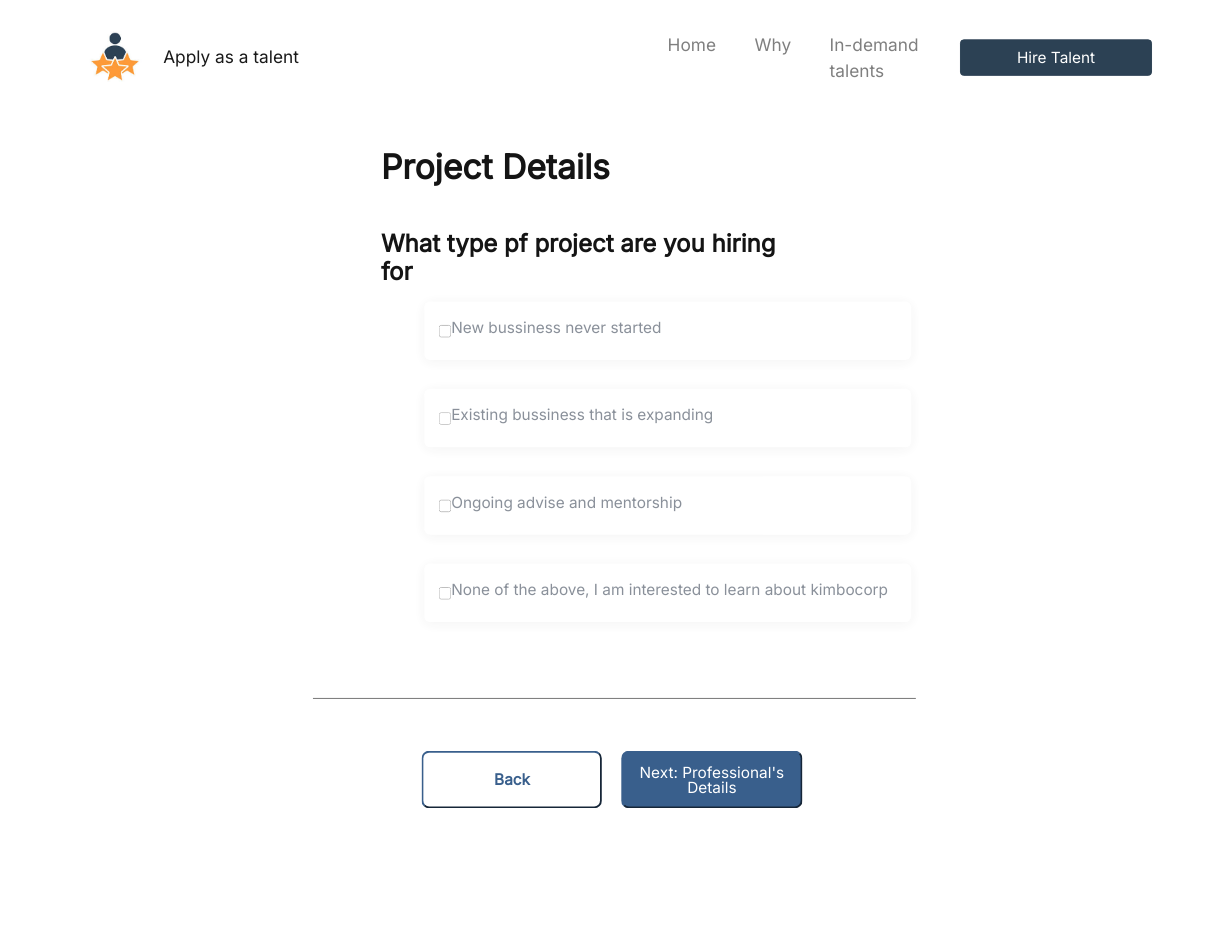
Repository: Ashwe9/talent-hire-reactJs
Page: /projectdetails
An editor plug-in stored every save of this project. The page is shown before and after the next save, followed by the edit.
The browser window is 1280 px wide. The pictures show the whole page, at 96% of full size.
The project was rebuilt for these pictures with package versions that can differ from the ones it lists, and the page was loaded fresh each time. Also part of the build but not shown: src/homePage/components/TrustedBy/TrustedBy.css, src/homePage/components/TrustedBy/TrustedBy.js, src/homePage/components/Roles/Roles.css, src/homePage/components/Roles/Roles.js, src/homePage/components/homePageFooter/HomePageFooter.css, src/homePage/components/homePageFooter/HomePageFooter.js, src/homePage/HomePage.js, src/kpisPage/Header.js and 11 more.

Above is the page before, as saved 2022-08-22 17:15:19.

### public/index.html
<!DOCTYPE html>
<html lang="en">
  <head>
    <meta charset="utf-8" />
    <link rel="icon" href="%PUBLIC_URL%/favicon.ico" />
    <meta name="viewport" content="width=device-width, initial-scale=1" />
    <meta name="theme-color" content="#000000" />
    <meta
      name="description"
      content="Web site created using create-react-app"
    />
    <link rel="manifest" href="%PUBLIC_URL%/manifest.json" />
    <link rel="stylesheet" href="https://stackpath.bootstrapcdn.com/bootstrap/4.4.1/css/bootstrap.min.css" integrity="sha384-Vkoo8x4CGsO3+Hhxv8T/Q5PaXtkKtu6ug5TOeNV6gBiFeWPGFN9MuhOf23Q9Ifjh" crossorigin="anonymous">
    <link href='https://fonts.googleapis.com/css?family=Inter' rel='stylesheet'>

    <title>App</title>
  </head>
  <body>
    <noscript>You need to enable JavaScript to run this app.</noscript>
    <div id="root"></div>
    <script src="https://code.jquery.com/jquery-3.4.1.slim.min.js" integrity="sha384-J6qa4849blE2+poT4WnyKhv5vZF5SrPo0iEjwBvKU7imGFAV0wwj1yYfoRSJoZ+n" crossorigin="anonymous"></script>
    <script src="https://cdn.jsdelivr.net/npm/popper.js@1.16.0/dist/umd/popper.min.js" integrity="sha384-Q6E9RHvbIyZFJoft+2mJbHaEWldlvI9IOYy5n3zV9zzTtmI3UksdQRVvoxMfooAo" crossorigin="anonymous"></script>
    <script src="https://stackpath.bootstrapcdn.com/bootstrap/4.4.1/js/bootstrap.min.js" integrity="sha384-wfSDF2E50Y2D1uUdj0O3uMBJnjuUD4Ih7YwaYd1iqfktj0Uod8GCExl3Og8ifwB6" crossorigin="anonymous"></script>  </body>
</html>

### src/App.js
import React from 'react'
import { BrowserRouter as Router, Route, Routes, Navigate } from 'react-router-dom';
import { HomePage } from './homePage/HomePage';
import KPISPage from './kpisPage/KPISPage';
import ProjectDetails from './projectDetails/ProjectDetails';
import ProfessionalDetails from './professionalDetails/ProfessionalDetails';
import Skills from './skills/Skills';

function App() {
  return (
    <Router>
      <Routes>
        <Route exact path="*" element={<Navigate to="/" replace />}/>
        <Route exact path="/" element={<HomePage />} />
        <Route exact path="/kpis" element={<KPISPage />} />
        <Route exact path="/projectdetails" element={<ProjectDetails />} />
        <Route exact path="/professionaldetails" element={<ProfessionalDetails />} />
        <Route exact path="/skills" element={<Skills />} />

      </Routes>
    </Router>
  );
}

export default App;

### src/projectDetails/ProjectDetails.js

import React from 'react'
import { Footer } from '../shared-components/Footer/Footer'
import { Navbar } from '../shared-components/Navbar/Navbar'
import Details from './Details'
import Header from './Header'

const ProjectDetails = () => {
  return (
    <div>
      <Navbar />
      <Header />
      <Details />
      <Footer nextTitle="Next: Professional's Details" nextPath="/professionaldetails" previousPath="/kpis"/>
    </div>
  )
}

export default ProjectDetails

### src/shared-components/Navbar/Navbar.js
import React from 'react'
import './Navbar.css'
import { Navigate, useNavigate } from 'react-router-dom'

export const Navbar = () => {
  let navigate = useNavigate();

  return (
    <nav className="navbar navbar-expand-lg navbar-light">
      <img src= {require('../../assets/icon.png')} className="icon"/>
      <a className="navbar-brand title" href="#">Apply as a talent</a>
      <button className="navbar-toggler" type="button" data-toggle="collapse" data-target="#navbarText" aria-controls="navbarText" aria-expanded="false" aria-label="Toggle navigation">
        <span className="navbar-toggler-icon"></span>
      </button>
      <div className="collapse navbar-collapse" id="navbarText">
        <ul className="navbar-nav mr-auto">
          <li className="nav-item">
            <a className="nav-link" href="" onClick={() => {
                navigate('/', { replace: true });
              } }>Home</a>
          </li>

          <li className="nav-item">
            <a className="nav-link" href="#">Why</a>
          </li>
          <li className="nav-item">
            <a className="nav-link" href="#">In-demand talents</a>
          </li>
        </ul>
        <span className="navbar-text">
          <button className='btn btn-dark navbar-btn'>Hire Talent</button>
        </span>
      </div>
    </nav>
  )
}

### src/shared-components/Footer/Footer.js
import React from 'react'
import './Footer.css'
import { useNavigate  } from 'react-router-dom'


export  const Footer = ({nextTitle, nextPath, previousPath}) => {

  let navigate = useNavigate();

  const goNext = () => {
    let path =  nextPath;
    navigate(path);
  };
  const goBack = () => {
    let path =  previousPath;
    navigate(path);
  };

  return (
      <footer>
        <div className='Footer-box'>
            <hr id="footer-line"/>
            <div className='buttons'>
              <button className='Footer-button-back'
              onClick={goBack}
                >Back</button>

              <button className='Footer-button-next'
              onClick={goNext}
                >{nextTitle}</button>
        </div>
        </div>
      </footer>
    )
  }

### src/projectDetails/Details.js
import React from 'react'
import './Details.css'

 import { useState } from 'react'

const Details = () => {

  const [checked_1, setChecked_1] = useState(false)
  const [checked_2, setChecked_2] = useState(false)
  const [checked_3, setChecked_3] = useState(false)
  const [checked_4, setChecked_4] = useState(false)
  const [checked_5, setChecked_5] = useState(false)
  const handle_1 = () =>{
    setChecked_1(!checked_1)
  }
  const handle_2 = () =>{
    setChecked_2(!checked_2)
  }
  const handle_3 = () =>{
    setChecked_3(!checked_3)
  }
  const handle_4 = () =>{
    setChecked_4(!checked_4)
  }
  const handle_5 = () =>{
    setChecked_5(!checked_5)
  }

  return (
      <div className='details-box'>
        <form className='check-form'>
            <div className={` ${checked_1 ? "detail-item-active" : "detail-item"}`}>
              <input type="checkbox" id="detail_1" name="detail_1" className='detail-check' onClick={handle_1}/>
              <label className={`${checked_1 ? "detail-item-paragraph-active" : "detail-item-paragraph"}`}>New bussiness never started</label>
            </div>
            <div className={` ${checked_2 ? "detail-item-active" : "detail-item"}`}>
              <input type="checkbox" id="detail_2" name="detail_2"  className='detail-check' onClick={handle_2}/>
              <label className={`${checked_2 ? "detail-item-paragraph-active" : "detail-item-paragraph"}`}>Existing bussiness that is expanding</label>
            </div>
            <div className={` ${checked_3 ? "detail-item-active" : "detail-item"}`}>
              <input type="checkbox" id="detail_3" name="detail_3" className='detail-check' onClick={handle_3}/>
              <label className={`${checked_3 ? "detail-item-paragraph-active" : "detail-item-paragraph"}`}>Ongoing advise and mentorship</label>
            </div>
            <div className={` ${checked_4 ? "detail-item-active" : "detail-item"}`}>
              <input type="checkbox" id="detail_4" name="detail_4" className='detail-check' onClick={handle_4}/>
              <label className={`${checked_4 ? "detail-item-paragraph-active" : "detail-item-paragraph"}`}>None of the above, I am interested to learn about kimbocorp</label>
            </div>
        </form>
      </div>

    )
}

export default Details

### src/projectDetails/Header.js
import React from 'react'
import './Header.css'


const Header = () => {
  return (
    <div className='headers-box'>
        <p className='header'>
            Project Details
        </p>
        <p className='header-by-title'>
            What type pf project are you hiring for
        </p>

    </div>
  )
}

export default Header

### src/shared-components/Navbar/Navbar.css
.icon{
    width: 80px;
}

.title{
    font-family: "Inter";
    font-style: normal;
    font-weight: 500;
    font-size: 18px;
    line-height: 28px;
    align-items: center;
    color: #444444;
    padding-left: 10px;
}

#navbarText{
    margin-left: 30%;
}
.navbar-items{
    margin: 0 35%;

}

.nav-item{
    font-family: "Inter";
    font-style: normal;
    font-weight: 500;
    font-size: 18px;
    align-items: center;
    color: #444444;
    padding-left: 24px;
}

.navbar-btn{
    font-family: "Inter";
    font-style: bold;
    background: #2c4154;
    /* padding: 5px 50px; */
    border-color: #2c4154;
    width: 200px;
}

.navbar{
    margin: 10px 5%;
}

@media only screen and (max-width: 600px) {
    body {
      background-color: lightblue;
    }
  }

### src/kpisPage/Header.css
.header-box{
    margin: 30px 30%;
    padding: 3%;
    padding-bottom: 0%;
    align-items: center;
    width: 35%;
}

.header-by-title{
    font-family: "Inter";
    font-style: bolder;
    font-weight: 700;
    font-size: 25px;
    line-height: 30px;
    align-items: center;
    color: #141414;
}


@media only screen and (max-width: 700px) {

    .header-by-title{
        font-size: 16px;
    }

    .header-box{
        margin-left: 40px;
        width: 100%;
    }
  }
@media only screen and (max-width: 450px) {
    .header-by-title{
        font-size: 13px;
    }
    .header-box{
        margin-left: 70px;
        width: 100%;
    }
}

### src/shared-components/Footer/Footer.css
#footer-line{
    background-color: gray;
    width: 50%;
}

.Footer-box{
    margin-top: 50px;
    padding: 1%;
}

.buttons{
    display: flex;
}

.Footer-button-back{
    margin-top: 3%;
    /* margin-left: 30%; */
    font-family: "Inter";
    font-style: bolder;
    font-weight: 700;
    padding: 1% 1%;
    background-color: white;
    border-color: #395f8c;
    color: #395f8c;
    height: 60px;
    width: 15%;
    border-radius: 0.5rem;
    margin-left: 34%;
    margin-bottom: 10%;
}
.Footer-button-next{
    margin-top: 3%;
    /* margin-left: 30%; */
    font-family: "Inter";
    font-style: bold;
    font-weight: 500;
    background: #395f8c;
    border-color: #395f8c;
    padding: 1% 1%;
    height: 60px;
    width: 15%;
    border-radius: 0.5rem;
    margin-bottom: 10%;
    margin-left: 20px;
    color: white;
    line-height: 1;
}

@media only screen and (max-width: 700px) {
    #footer-line{
        background-color: gray;
        width: 80%;
    }
    .Footer-button-next{
        padding: 2% ;
        height: 10%;
        width: fit-content;
        margin-left: 5%;
        font-size: 12px;
    }
    .Footer-button-back{
        padding: 2% ;
        height: 10%;
        width: 20%;
        margin-left: 20%;
        font-size: 12px;
    }
}

### src/projectDetails/Details.css
.details-box{
    padding: 0px 10%;
    margin-left: 300px;
}

.detail-item-active{
    background: #FFFFFF;
    border: 2px solid #4fac8d;
    box-sizing: border-box;
    box-shadow: 0px 4px 14px 1px rgba(0, 0, 0, 0.04);
    border-radius: 6px;
    display: flex;
    padding: 2%;
    margin: 2%;
    width: 70%;
}

.detail-item{
    opacity: 0.8;
    background: #FFFFFF;
    box-sizing: border-box;
    box-shadow: 0px 2px 14px 1px rgba(0, 0, 0, 0.06);
    border-radius: 6px;
    display: flex;
    padding: 2%;
    margin: 2%;
    width: 70%;
    margin-bottom: 30px;
}

/*.detail-check{
    margin-right: 3%;
    width: 25px;
    height: 25px;
    align-self: center;
    background-color: #4fac8d;
}*/
.detail-check:checked {
    background-color: #388561;
  }

.detail-check:checked:before {
    content:"\2713";
    color: white;
    padding: 25%;
    font-weight: bold;
    -webkit-appearance: none;
    -moz-appearance: none;
    appearance:none;
    margin-right: 3%;
    /* Styling checkbox */
    width: 25px;
    height: 25px;
    background-color: rgba(128, 128, 128, 0.611);
    border-radius: 5px;
 }

.detail-item-paragraph-active{
    font-family: "Inter";
    font-style: normal;
    font-weight: normal;
    font-size: 16px;
    display: flex;
    align-items: center;
    color: #4fac8d;
}

.detail-item-paragraph{
    font-family: "Inter";
    font-style: normal;
    font-weight: normal;
    font-size: 16px;
    display: flex;
    align-items: center;
    opacity: 0.8;
    color: #495362;
}


@media only screen and (max-width: 700px) {
    h2{
        font-size: 20px;
    }
    .detail-item-paragraph-active{
        font-size: 10px;
    }

    .detail-item-paragraph{
        font-size: 10px;
    }
    .details-question{
        font-size: 14px;
    }

  }
@media only screen and (max-width: 450px) {
    h2{
        font-size: 14px;
    }
    .detail-item-paragraph-active{
        font-size: 8px;
    }

    .detail-item-paragraph{
        font-size: 8px;
    }
    .details-question{
        font-size: 10px;
    }
}

input[type="checkbox"] { /* change "blue" browser chrome to yellow */
    filter: invert(20%) hue-rotate(15deg) brightness(1.4);
  }

### src/projectDetails/Header.css
.headers-box{
    padding: 3%;
    padding-bottom: 0%;
    align-items: center;
    width: 40%;
    margin-left: 28%;
}

.header{
    font-family: "Inter";
    font-style: bolder;
    font-weight: 800;
    font-size: 35px;
    line-height: 30px;
    align-items: center;
    color: #141414;
    margin-bottom: 50px;
}

.header-by-title{
    font-family: "Inter";
    font-style: bolder;
    font-weight: 700;
    font-size: 25px;
    line-height: 30px;
    align-items: center;
    color: #141414;
}


@media only screen and (max-width: 700px) {

    .header-by-title{
        font-size: 16px;
    }

    .header-box{
        margin-left: 40px;
        width: 100%;
    }
  }
@media only screen and (max-width: 450px) {
    .header-by-title{
        font-size: 13px;
    }
    .header-box{
        margin-left: 70px;
        width: 100%;
    }
}

### src/kpisPage/Talents.css
.talents-box{
    margin-left: 515px;
}

.talent-item-active{
    background: #FFFFFF;
    border: 1px solid #395F8C;
    box-sizing: border-box;
    box-shadow: 0px 4px 14px 1px rgba(0, 0, 0, 0.04);
    border-radius: 6px;
    display: flex;
    padding: 10px;
    padding-right: 32px;
    width: fit-content;
    margin-right: 10px;
}

#icons{
    color: #395F8C;
    position:absolute;
    margin-top: 5px;
    margin-left: 15px;
    margin-right: 5px;
}

.talent-item{
    opacity: 0.8;
    background: #f0f0f0;
    border: 0.2px solid #f0f0f0;
    box-sizing: border-box;
    box-shadow: 0px 2px 14px 1px rgba(0, 0, 0, 0.06);
    border-radius: 6px;
    display: flex;
    padding: 10px;
    padding-right: 32px;
    width: fit-content;
    margin-right: 10px;
}


.talent-item-paragraph-active{
    font-family: "Inter";
    font-style: normal;
    font-weight: bolder;
    font-size: 16px;
    display: flex;
    align-items: center;
    color: #395f8c;
}

.talent-item-paragraph{
    font-family: "Inter";
    font-style: normal;
    font-weight: normal;
    font-size: 16px;
    display: flex;
    align-items: center;
    opacity: 0.8;
    color: #8692a6;
}


@media only screen and (max-width: 700px) {
    h2{
        font-size: 20px;
    }
    .talent-item-paragraph-active{
        font-size: 10px;
    }

    .talent-item-paragraph{
        font-size: 10px;
    }
    .talents-question{
        font-size: 14px;
    }

  }
@media only screen and (max-width: 450px) {
    h2{
        font-size: 14px;
    }
    .talent-item-paragraph-active{
        font-size: 8px;
    }

    .talent-item-paragraph{
        font-size: 8px;
    }
    .talents-question{
        font-size: 10px;
    }
}

input[type="checkbox"] { /* change "blue" browser chrome to yellow */
    filter: invert(20%) hue-rotate(15deg) brightness(1.4);
  }

Loaded but not shown: src/index.js (common file); src/reportWebVitals.js (common file); src/index.css (no stored copy; drawn as an empty file); src/kpisPage/KPISPage.css (no stored copy; drawn as an empty file); src/professionalDetails/ProfessionalDetails.css (no stored copy; drawn as an empty file); src/skills/Skills.css (no stored copy; drawn as an empty file)

After the next save:
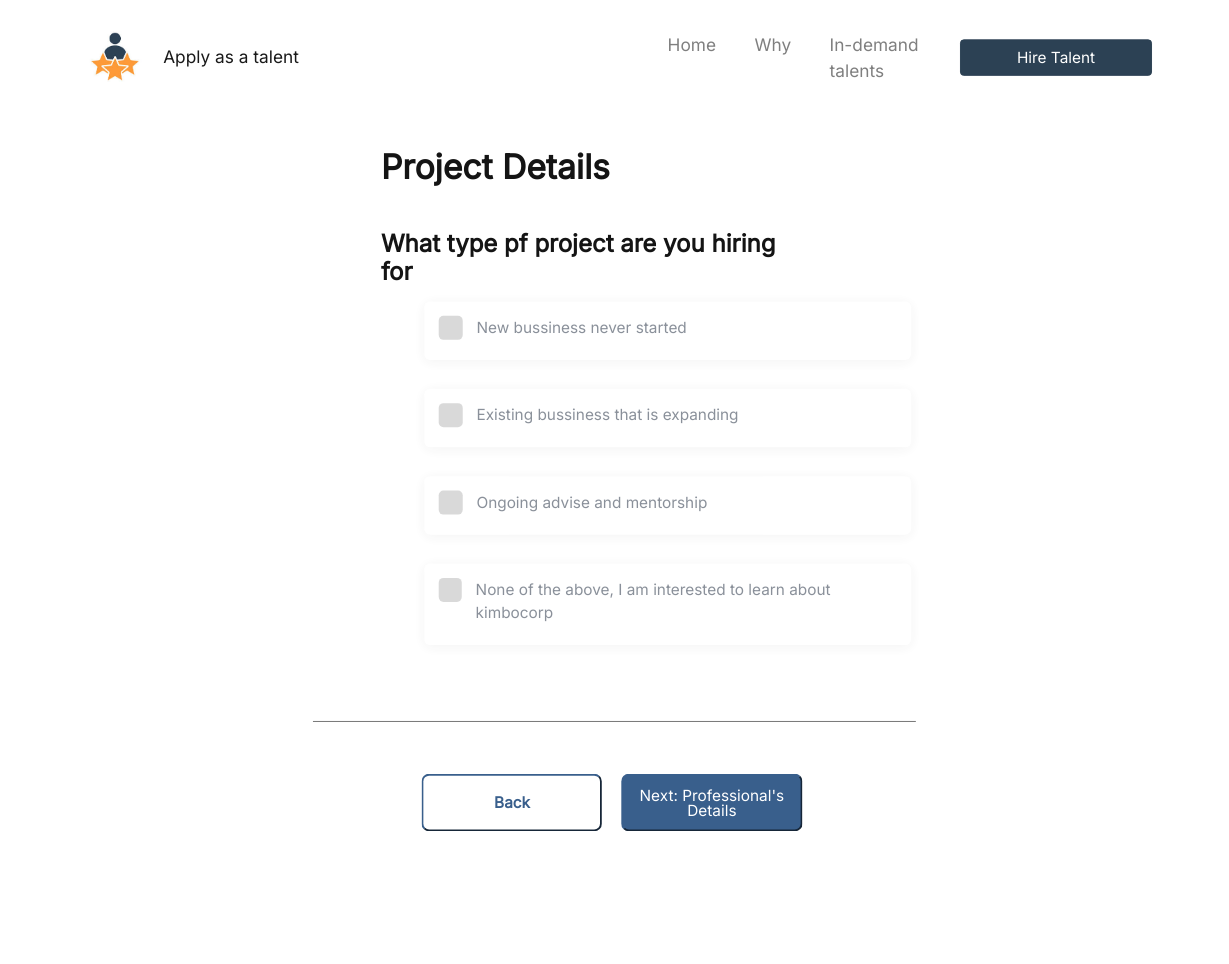
Saved 24 s later.
--- a/src/projectDetails/Details.css
+++ b/src/projectDetails/Details.css
@@ -28,6 +28,17 @@
     margin-bottom: 30px;
 }
 
+.detail-check {
+    -webkit-appearance: none;
+    -moz-appearance: none;
+    appearance:none;
+    margin-right: 3%;
+    /* Styling checkbox */
+    width: 25px;
+    height: 25px;
+    background-color: rgba(128, 128, 128, 0.611);
+    border-radius: 5px;
+  }
 /*.detail-check{
     margin-right: 3%;
     width: 25px;
